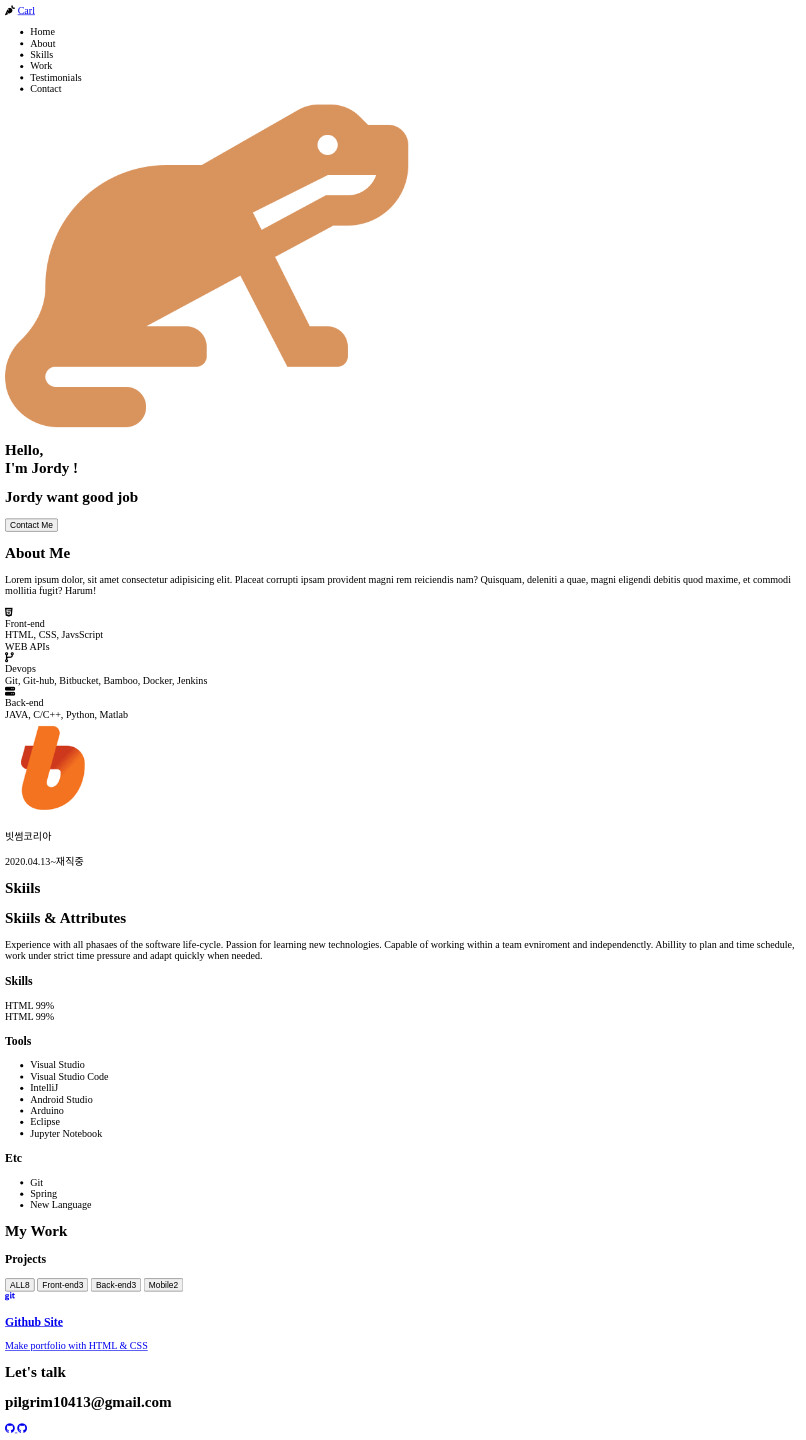
Repository: pilgrim13/Portfolio
Page: index.html
These files come from the project's save history. The page is drawn as it stood at one moment and after the next save; the edit follows.
The browser window is 1280 px wide. The pictures show the whole page, at 63% of full size.
Some web libraries are served in a nearby version.

Above is the page before, as saved 2021-01-10 22:21:11.

After the next save:
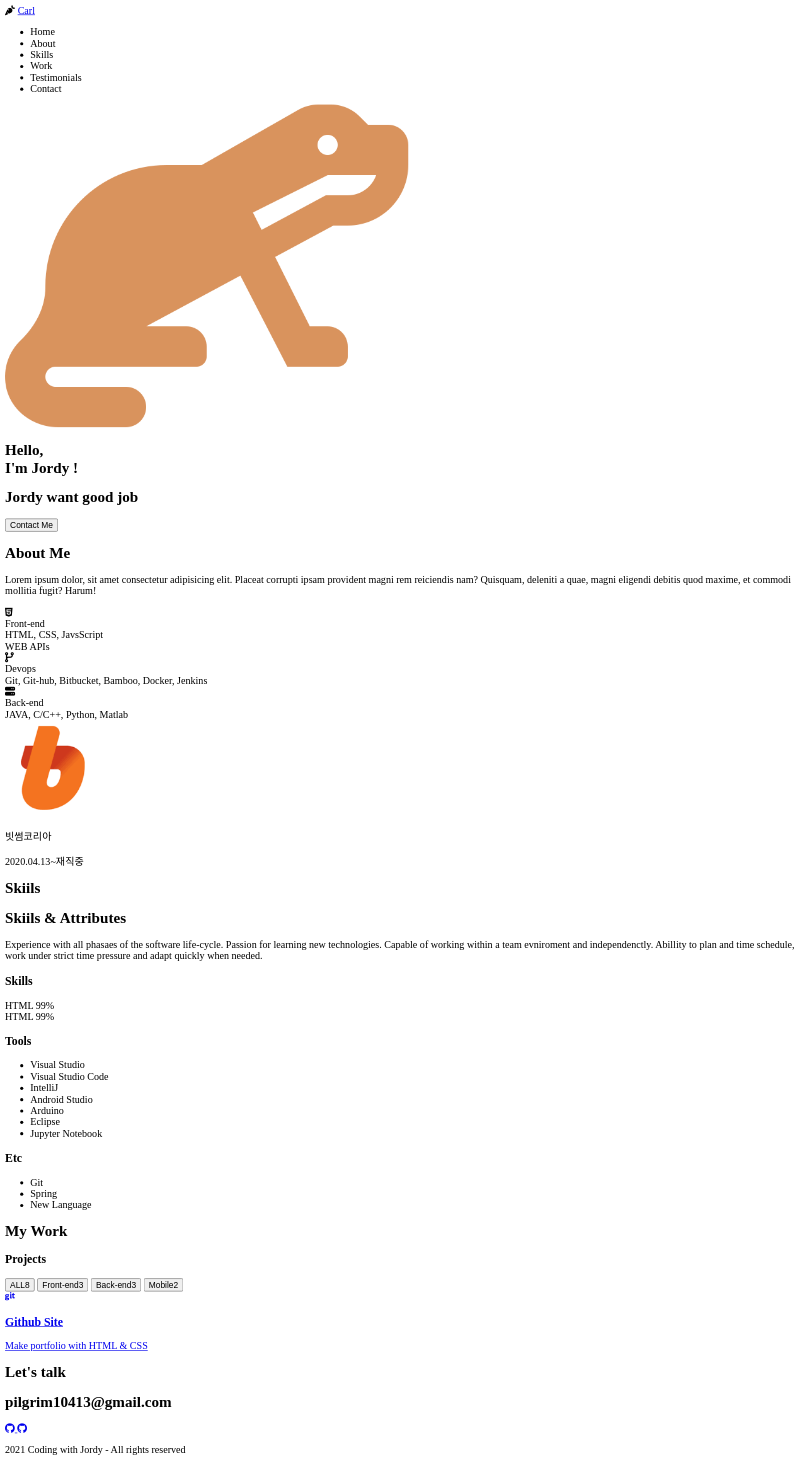
Saved 90 s later.
--- a/index.html
+++ b/index.html
@@ -209,6 +209,9 @@
 					<i class="fab fa-github"></i>
 				</a>
 			</div>
+			<p class="contact__rights">
+				2021 Coding with Jordy - All rights reserved
+			</p>
 		</section>
 	</body>
 </html>
